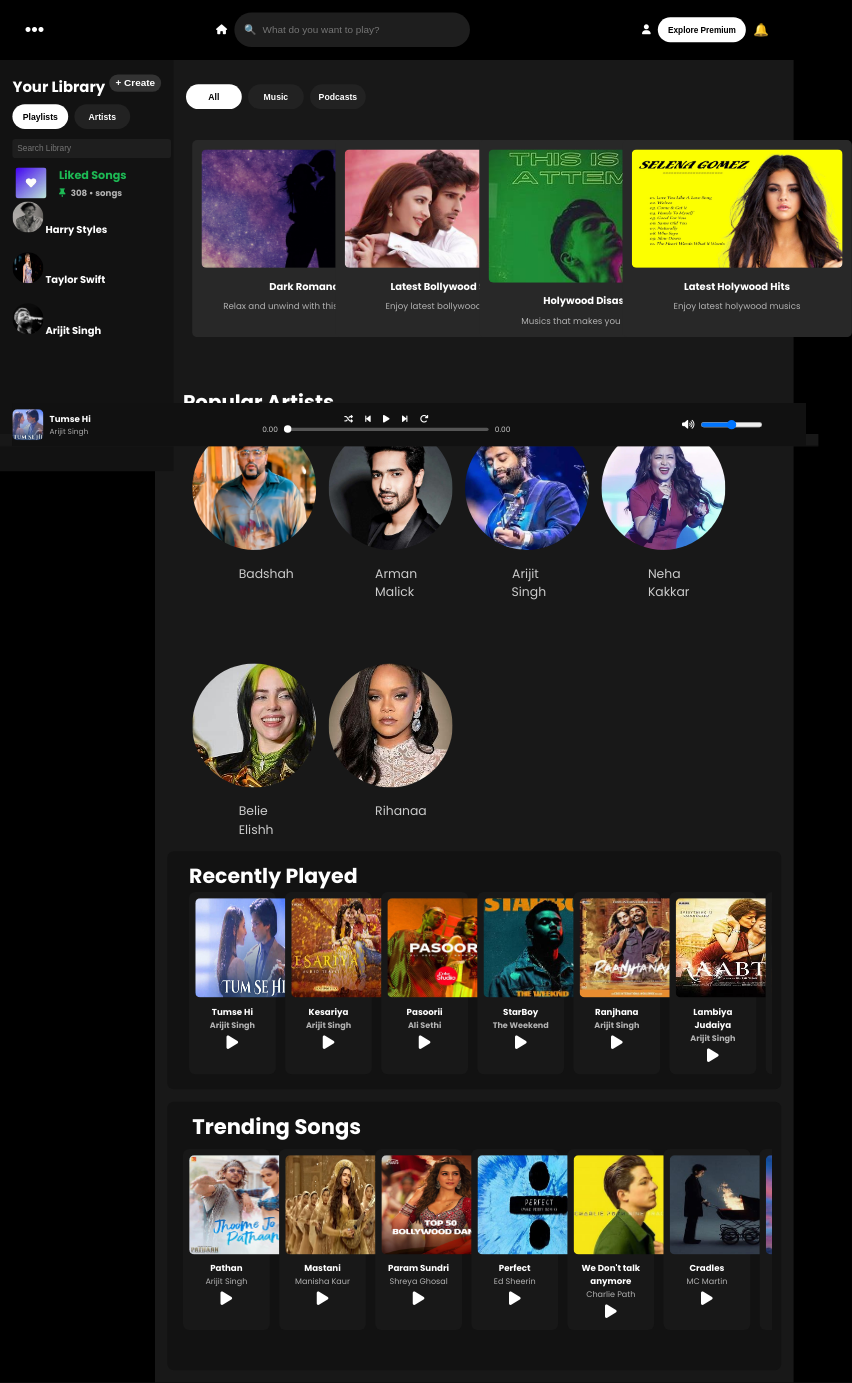
Repository: IshikaSinghRajput/Spotify_Clone
Page: index.html
These files come from the project's save history. The page is drawn as it stood at one moment and after the next save; the edit follows.
The browser window is 1280 px wide. The page is 1374 px wide, so the pictures cover 1374 px, including what lies to the right of the window. The pictures show the whole page, at 62% of full size.

Above is the page before, as saved 2025-04-26 15:56:12.

After the next save:
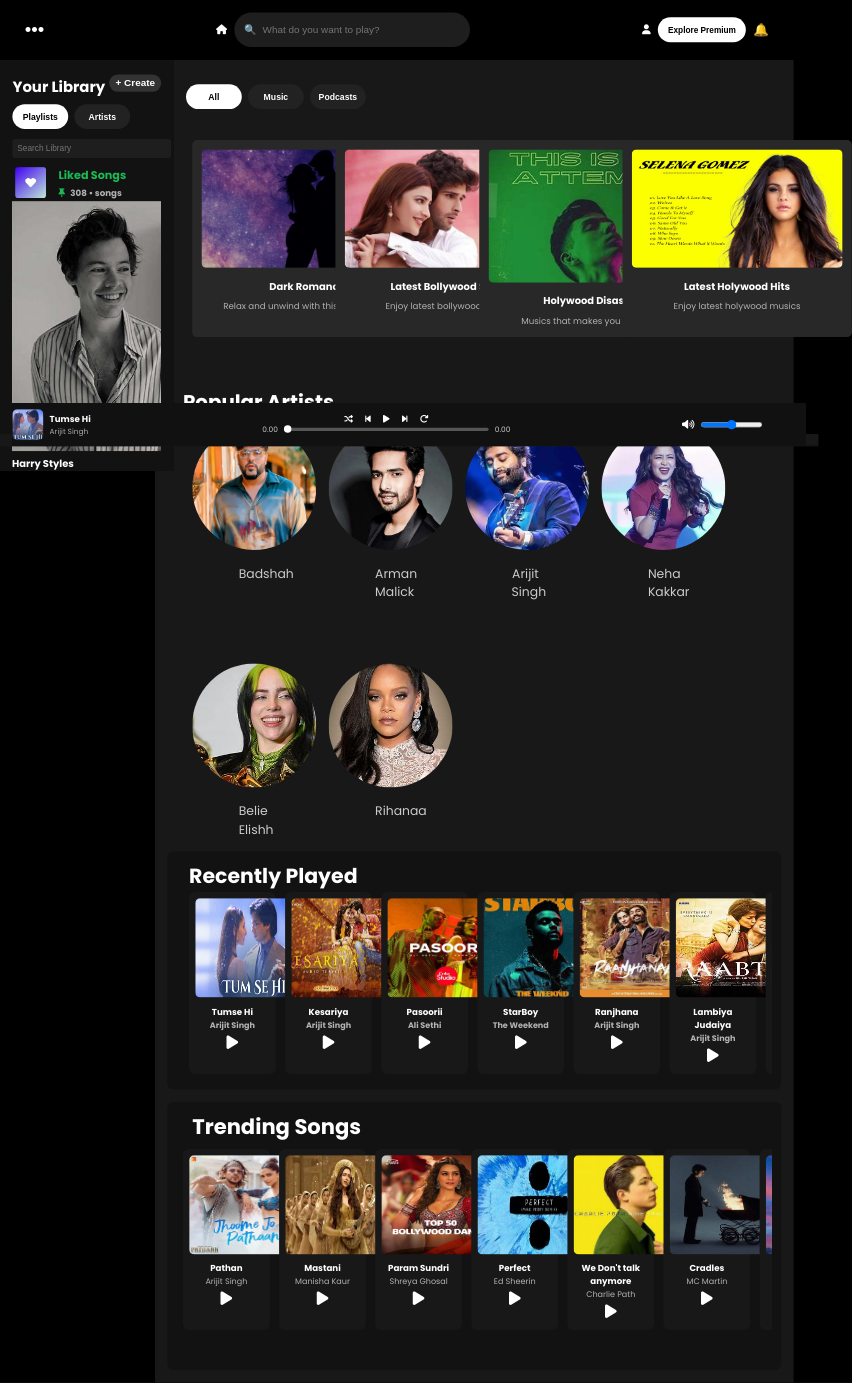
Saved 114 s later.
--- a/index.html
+++ b/index.html
@@ -42,11 +42,12 @@
                 </div>
               </div>
 
-            <li class="item-artists">
-                <img src="Sidebar/Side1.jpeg">
-                Harry Styles
-            </li>
-                <br>
+              <div class="side_artist">
+                <img src="Sidebar/Side1.jpeg" alt="Harry Styles" />
+                <div class="info">
+                  <h4>Harry Styles</h4>
+                  <p>Artist</p>
+                </div>
 
             <li class="item-artists">
                 <img src="Sidebar/Side2.jpg">
